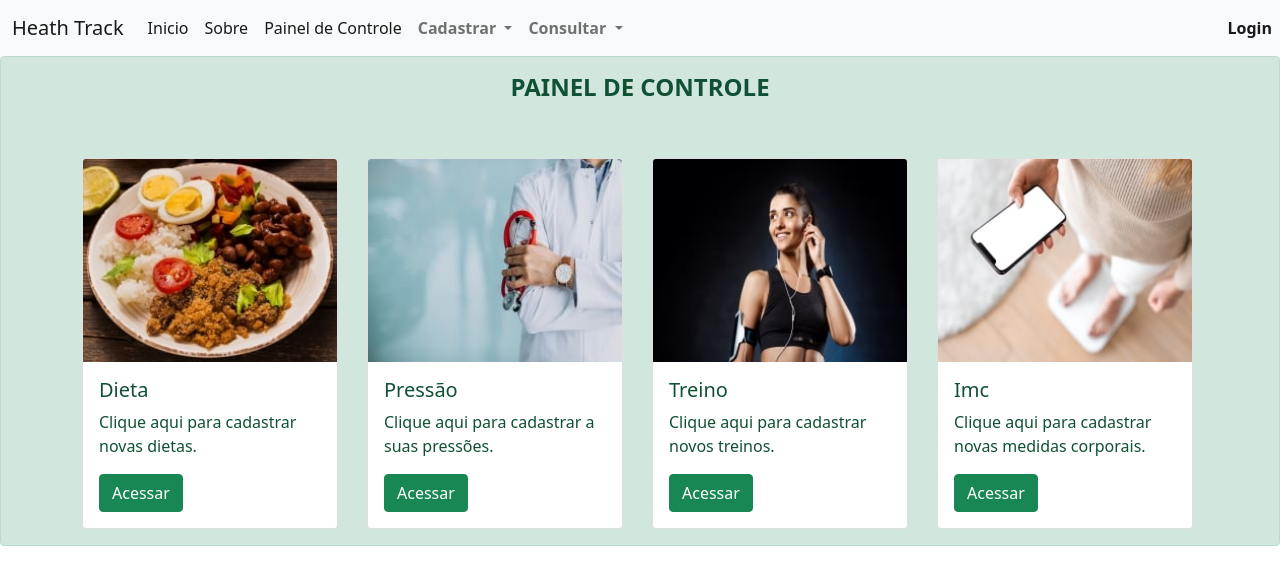
Repository: FellipySantos/HealthTrack_Finalizado
Page: http://localhost/JSPs/painel.jsp
The author's editor kept a copy of each file at every save. The page is drawn from the files as they stood at one save, then again after the next save.
The browser window is 1280 px wide. The pictures show the whole page.
The page is served by Tomcat 9.

Above is the page before, as saved 2021-11-16 03:02:08.

After the next save:
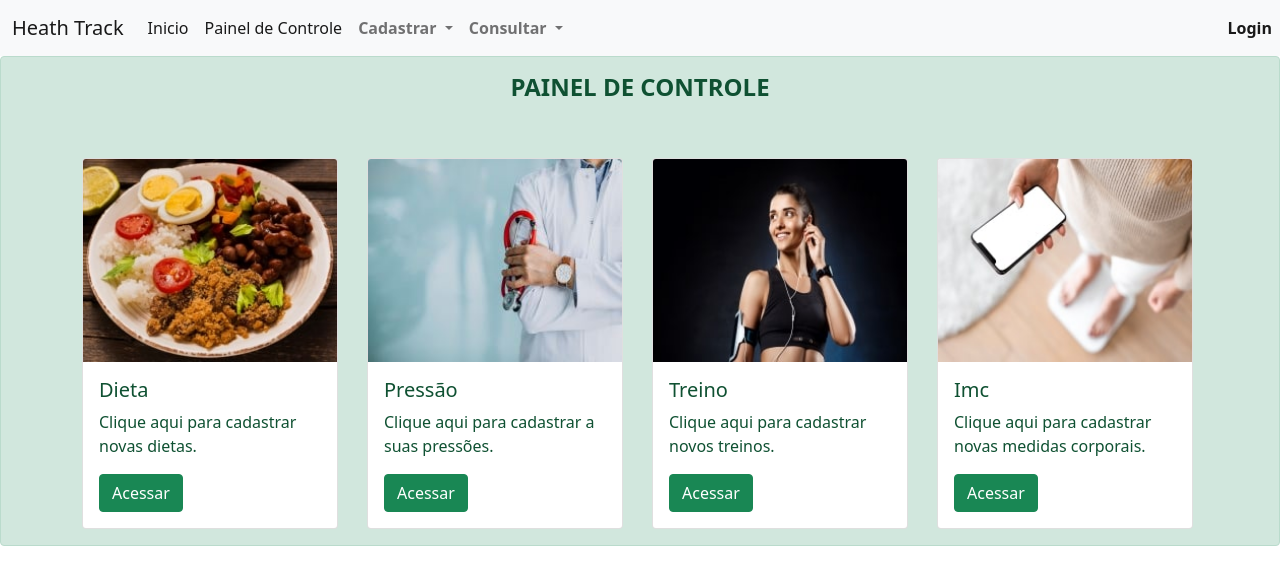
Saved 2 min 58 s later.
--- a/JSP/JSPs/WebContent/menu.jsp
+++ b/JSP/JSPs/WebContent/menu.jsp
@@ -9,9 +9,6 @@
             <ul class="navbar-nav me-auto mb-2 mb-lg-0">
               <li class="nav-item">
                 <a class="nav-link active" aria-current="page" href="index.jsp">Inicio</a>
-              </li>
-              <li class="nav-item">
-                <a class="nav-link active" aria-current="page" href="sobre.jsp">Sobre</a>
               </li>
               <li class="nav-item">
                 <a class="nav-link active" aria-current="page" href="painel.jsp">Painel de Controle</a>
